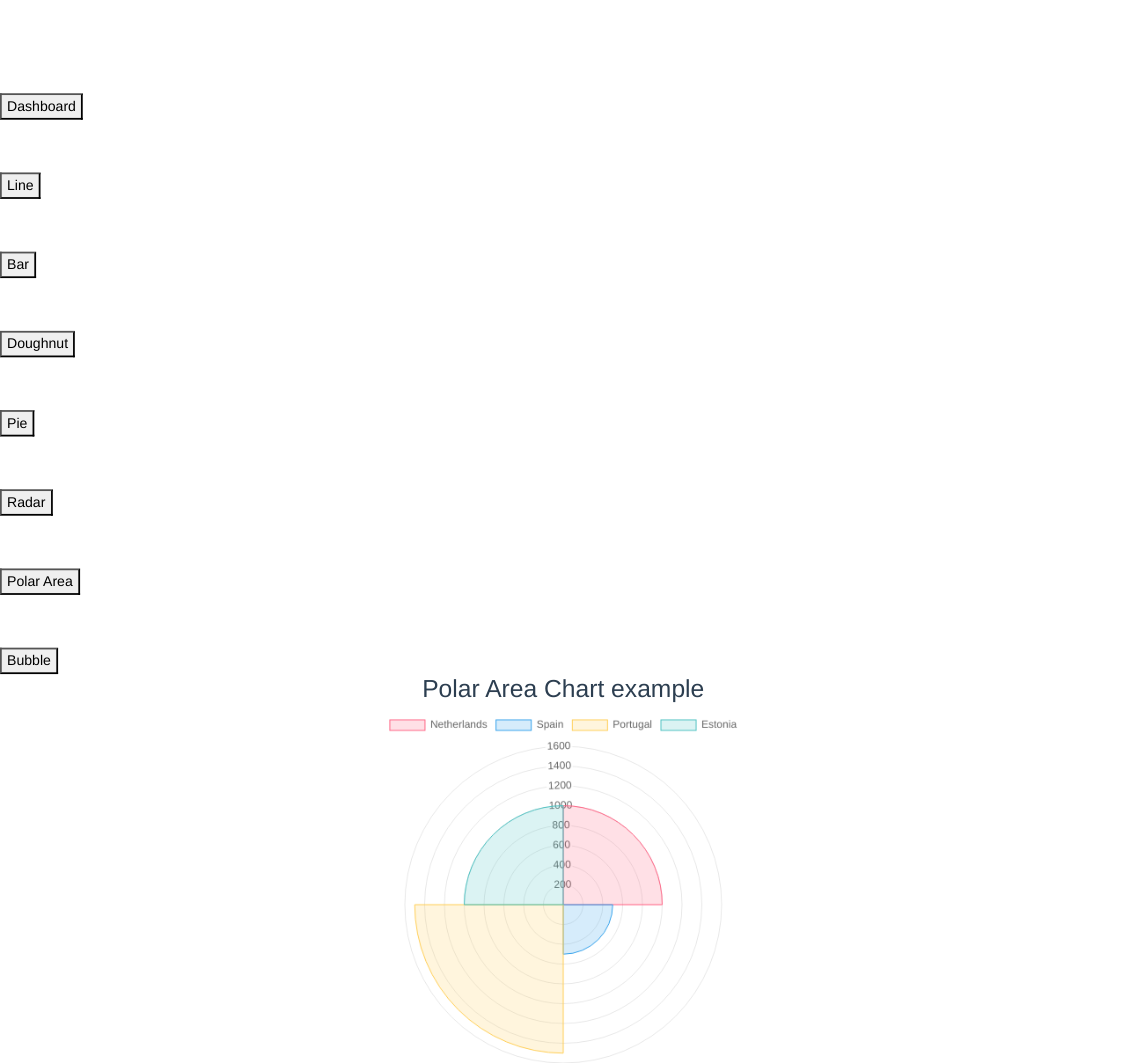
Repository: nashthecoder/vue_learn
Page: /polar-area (app in client/)
These files come from the project's save history. The page is drawn as it stood at one moment and after the next save; the edit follows.
The browser window is 1280 px wide. The pictures show the whole page, at 88% of full size.
The project was rebuilt for these pictures with package versions that can differ from the ones it lists, and the page was loaded fresh each time. Imported but missing from the stored project, and not drawn on this page: client/src/views/Home.vue.

Above is the page before, as saved 2020-12-25 01:57:11.

### client/public/index.html
<!DOCTYPE html>
<html lang="en">
  <head>
    <meta charset="utf-8">
    <meta http-equiv="X-UA-Compatible" content="IE=edge">
    <meta name="viewport" content="width=device-width,initial-scale=1.0">
    <link rel="icon" href="<%= BASE_URL %>favicon.ico">
    <title>Visualizations</title>
  </head>
  <body>
    <noscript>
      <strong>We're sorry but client doesn't work properly without JavaScript enabled. Please enable it to continue.</strong>
    </noscript>
    <div id="app"></div>
    <!-- built files will be auto injected -->
  </body>
</html>

### client/src/main.js
import Vue from "vue";
import App from "./App.vue";
import "bootstrap/dist/css/bootstrap.css";
import router from "./router";

Vue.config.productionTip = false;

new Vue({
  router,
  render: h => h(App)
}).$mount("#app");

### client/src/App.vue
<template>
  <div id="app">
    <Sidebar
      :nav-links="navLinks"
      background="#fff"
      link-color="#777"
      hoverBackground="#ddd"
    />
    <router-view />
  </div>
</template>
<script>
import Sidebar from "@/components/Sidebar";

export default {
  components: {
    Sidebar
  },
  data: () => ({
    navLinks: [
      {
        text: "Home",
        path: "/"
      },
      {
        text: "Dashboard",
        path: "/dashboard"
      }
    ]
  })
};
</script>
<style>
body {
  margin: 0;
}
#app {
  font-family: "Avenir", Helvetica, Arial, sans-serif;
  -webkit-font-smoothing: antialiased;
  -moz-osx-font-smoothing: grayscale;
  text-align: center;
  color: #2c3e50;
}
#nav {
  padding: 30px;
}

#nav a {
  font-weight: bold;
  color: #2c3e50;
}

#nav a.router-link-exact-active {
  color: #42b983;
}
</style>

### client/src/router.js
import Vue from "vue";
import VueRouter from "vue-router";
import Home from "./views/Home.vue";

Vue.use(VueRouter);

const routes = [
  {
    path: "/",
    name: "Home",
    component: Home
  },
  {
    path: "/dashboard",
    name: "Dashboard",
    component: () => import("./views/Dashboard.vue")
  },
  {
    path: "/line",
    name: "Line",
    component: () => import("./views/Line.vue")
  },
  {
    path: "/bar",
    name: "Bar",
    component: () => import("./views/Bar.vue")
  },
  {
    path: "/doughnut",
    name: "Doughnut",
    component: () => import("./views/Doughnut.vue")
  },
  {
    path: "/pie",
    name: "Pie",
    component: () => import("./views/Pie.vue")
  },
  {
    path: "/radar",
    name: "Radar",
    component: () => import("./views/Radar.vue")
  },
  {
    path: "/polar-area",
    name: "PolarArea",
    component: () => import("./views/PolarArea.vue")
  },
  {
    path: "/bubble",
    name: "Bubble",
    component: () => import("./views/Bubble.vue")
  },
  {
    path: "/scatter",
    name: "Scatter",
    component: () => import("./views/Scatter.vue")
  }
];
const router = new VueRouter({
  mode: "history",
  base: process.env.BASE_URL,
  routes
});

export default router;

### client/src/components/Sidebar.vue
<template>
  <div class="sidebar">
    <div class="title">
      Simple Sidebar
    </div>
    <div class="menu-items">
      <router-link
        to="/dashboard"
        active-class="active"
        tag="button"
        exactclass="side-btn"
      >
        <div class="link-container">
          Dashboard
        </div>
      </router-link>
      <router-link
        to="/line"
        active-class="active"
        tag="button"
        exactclass="side-btn"
      >
        <div class="link-container">
          Line
        </div>
      </router-link>
      <router-link
        to="/bar"
        active-class="active"
        tag="button"
        exactclass="side-btn"
      >
        <div class="link-container">
          Bar
        </div>
      </router-link>
      <router-link
        to="/doughnut"
        active-class="active"
        tag="button"
        exactclass="side-btn"
      >
        <div class="link-container">
          Doughnut
        </div>
      </router-link>
      <router-link
        to="/pie"
        active-class="active"
        tag="button"
        exactclass="side-btn"
      >
        <div class="link-container">
          Pie
        </div>
      </router-link>
      <router-link
        to="/radar"
        active-class="active"
        tag="button"
        exactclass="side-btn"
      >
        <div class="link-container">
          Radar
        </div>
      </router-link>
      <router-link
        to="/polar-area"
        active-class="active"
        tag="button"
        exactclass="side-btn"
      >
        <div class="link-container">
          Polar Area
        </div>
      </router-link>
      <router-link
        to="/bubble"
        active-class="active"
        tag="button"
        exactclass="side-btn"
      >
        <div class="link-container">
          Bubble
        </div>
      </router-link>
    </div>
  </div>
</template>

<script>
export default {};
</script>

<style scoped>
.title {
  color: white;
  font-size: 24px;
  margin-top: 10px;
}
.menu-items > * {
  margin-top: 60px;
  display: flex;
}
.side-btn {
  border: none;
  padding: 16px 0px;
  cursor: pointer;
  font-size: 16px;
  font-weight: 500;
  color: white;
  background-color: transparent;
}
.side-btn:focus {
  outline: none;
}
.side-btn.active {
  position: relative;
  background-color: white;
  color: teal;
  font-weight: 600;
  margin-left: 10px;
  border-radius: 30px 0 0 30px;
}
.side-btn.active::before {
  top: -30px;
}
.side-btn.active::after {
  bottom: -30px;
}
.side-btn.active::before,
.side-btn.active::after {
  position: absolute;
  content: "";
  right: 0;
  height: 30px;
  width: 30px;
  background-color: white;
}
.side-btn.active .link-container::before {
  top: -60px;
}
.side-btn.active .link-container::after {
  bottom: -60px;
  z-index: 99;
}
.side-btn.active .link-container::before,
.side-btn.active .link-container::after {
  position: absolute;
  content: "";
  right: 0px;
  height: 60px;
  width: 60px;
  border-radius: 50%;
  background-color: #f6819d;
}
</style>

### client/src/views/PolarArea.vue
<template>
  <div>
    <h3>Polar Area Chart example</h3>
    <polar-area-chart></polar-area-chart>
  </div>
</template>

<script>
import PolarAreaChart from "@/components/PolarAreaChart";

export default {
  components: {
    PolarAreaChart
  }
};
</script>

### client/src/components/PolarAreaChart.vue
<script>
import { PolarArea } from "vue-chartjs";

export default {
  extends: PolarArea,
  data() {
    return {
      chartData: {
        labels: ["Netherlands", "Spain", "Portugal", "Estonia"],
        datasets: [
          {
            borderWidth: 1,
            borderColor: [
              "rgba(255,99,132,1)",
              "rgba(54, 162, 235, 1)",
              "rgba(255, 206, 86, 1)",
              "rgba(75, 192, 192, 1)"
            ],
            backgroundColor: [
              "rgba(255, 99, 132, 0.2)",
              "rgba(54, 162, 235, 0.2)",
              "rgba(255, 206, 86, 0.2)",
              "rgba(75, 192, 192, 0.2)"
            ],
            data: [1000, 500, 1500, 1000]
          }
        ]
      },
      options: {
        legend: {
          display: true
        },
        responsive: true,
        maintainAspectRatio: false
      }
    };
  },
  mounted() {
    this.renderChart(this.chartData, this.options);
  }
};
</script>

After the next save:
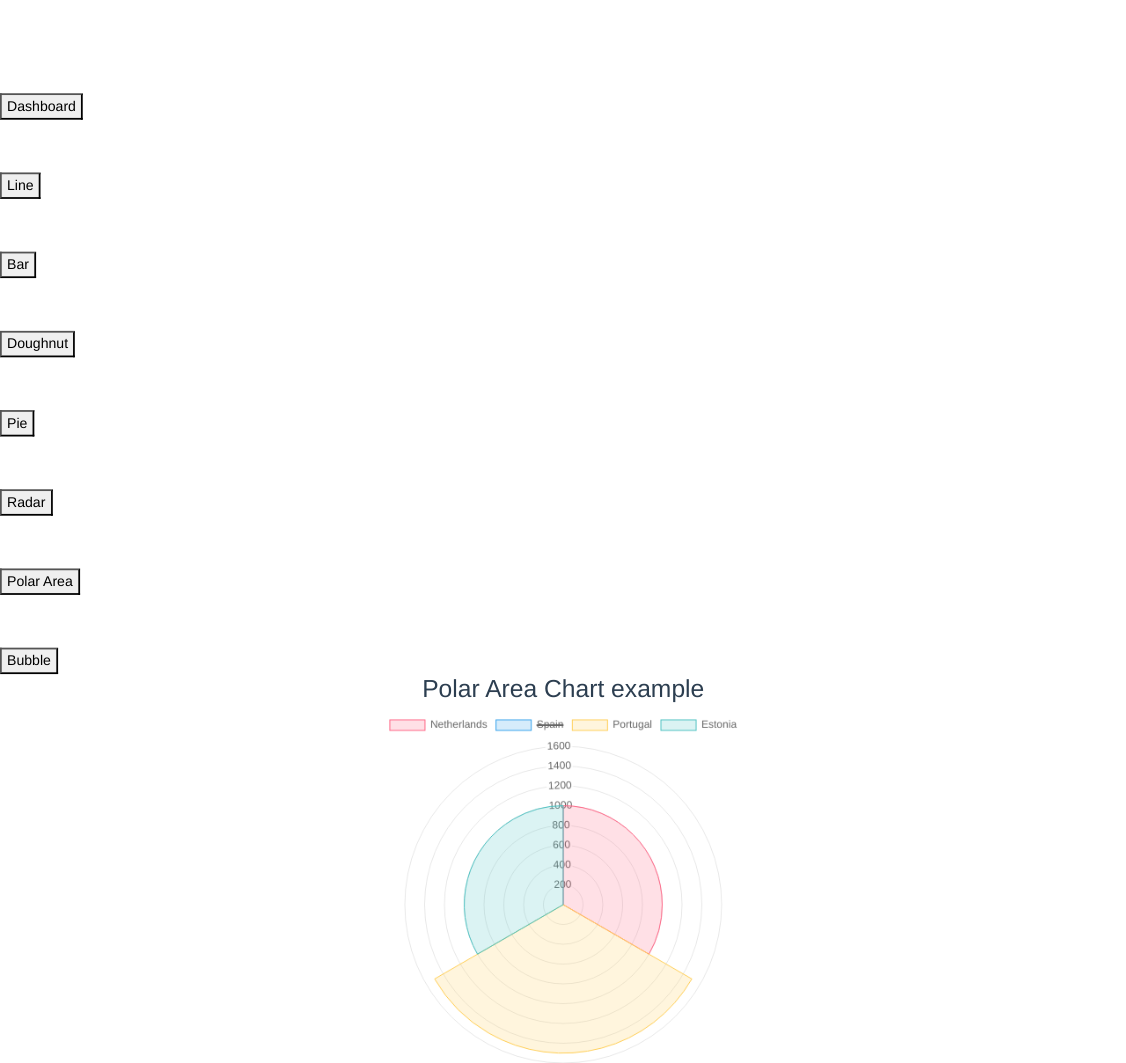
Saved 11 days later.
--- a/client/src/components/PolarAreaChart.vue
+++ b/client/src/components/PolarAreaChart.vue
@@ -22,7 +22,7 @@ export default {
               "rgba(255, 206, 86, 0.2)",
               "rgba(75, 192, 192, 0.2)"
             ],
-            data: [1000, 500, 1500, 1000]
+            data: [1000, NaN, 1500, 1000]
           }
         ]
       },
